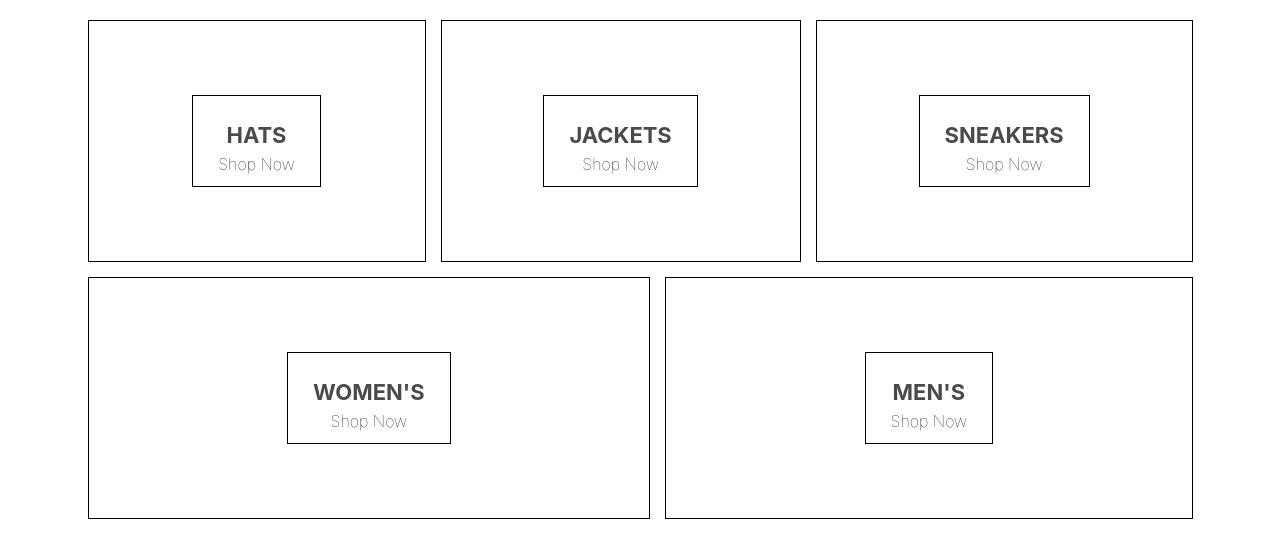
Repository: MikeTroianello/commerce-store
Page: /
An editor plug-in stored every save of this project. The page is shown before and after the next save, followed by the edit.
The browser window is 1280 px wide. The pictures show the whole page.
The project was rebuilt for these pictures with package versions that can differ from the ones it lists, and the page was loaded fresh each time. Also part of the build but not shown: src/App.css.

Above is the page before, as saved 2019-09-09 19:01:22.

### src/App.js
import React from 'react';

import Homepage from './Homepage.component';

import './App.css';

function App() {
  return (
    <div>
      <Homepage />
    </div>
  );
}

export default App;

### src/Homepage.component.js
import React from 'react';
import './Homepage.styles.scss';

export default function Homepage() {
  return (
    <div className='homepage'>
      <div className='directory-menu'>
        <div className='menu-item'>
          <div className='content'>
            <h1 className='title'>HATS</h1>
            <span className='subtitle'>Shop Now</span>
          </div>
        </div>

        <div className='menu-item'>
          <div className='content'>
            <h1 className='title'>JACKETS</h1>
            <span className='subtitle'>Shop Now</span>
          </div>
        </div>

        <div className='menu-item'>
          <div className='content'>
            <h1 className='title'>SNEAKERS</h1>
            <span className='subtitle'>Shop Now</span>
          </div>
        </div>
        <div className='menu-item'>
          <div className='content'>
            <h1 className='title'>WOMEN'S</h1>
            <span className='subtitle'>Shop Now</span>
          </div>
        </div>
        <div className='menu-item'>
          <div className='content'>
            <h1 className='title'>MEN'S</h1>
            <span className='subtitle'>Shop Now</span>
          </div>
        </div>
      </div>
    </div>
  );
}

### src/Homepage.styles.scss
.homepage {
  display: flex;
  flex-direction: column;
  align-items: center;
  padding: 20px 80px;
}

.directory-menu {
  width: 100%;
  display: flex;
  flex-wrap: wrap;
  justify-content: space-between;
}

.menu-item {
  min-width: 30%;
  height: 240px;
  flex: 1 1 auto;
  display: flex;
  align-items: center;
  justify-content: center;
  border: 1px solid black;
  margin: 0 7.5px 15px;

  &:first-child {
    margin-right: 7.5px;
  }

  &:last-child {
    margin-left: 7.5px;
  }

  .content {
    height: 90px;
    padding: 0 25px;
    display: flex;
    flex-direction: column;
    align-items: center;
    justify-content: center;
    border: 1px solid black;

    .title {
      font-weight: bold;
      margin-bottom: 6px;
      font-size: 22px;
      color: #4a4a4a;
    }

    .subtitle {
      font-weight: lighter;
      font-size: 16px;
    }
  }
}

Loaded but not shown: public/index.html (common file); src/index.js (common file); src/index.css (common file)

After the next save:
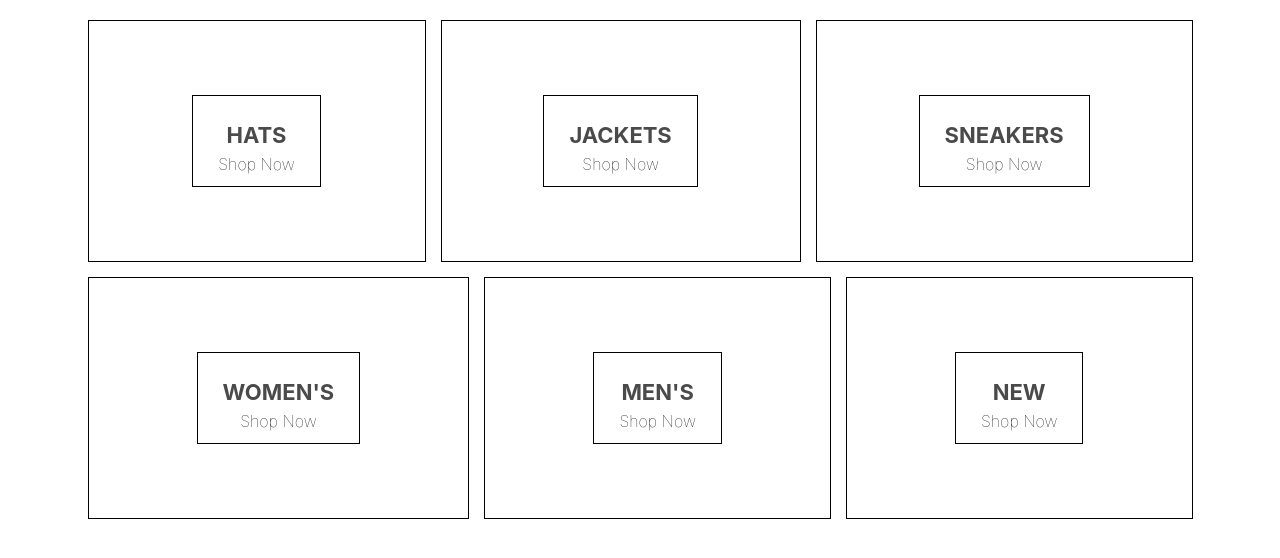
Saved 26 s later.
--- a/src/Homepage.component.js
+++ b/src/Homepage.component.js
@@ -37,6 +37,12 @@ export default function Homepage() {
             <span className='subtitle'>Shop Now</span>
           </div>
         </div>
+        <div className='menu-item'>
+          <div className='content'>
+            <h1 className='title'>NEW</h1>
+            <span className='subtitle'>Shop Now</span>
+          </div>
+        </div>
       </div>
     </div>
   );
